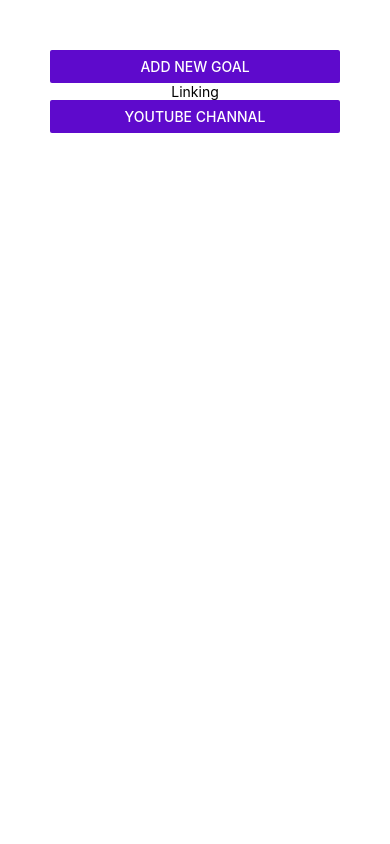
Repository: ntu34543/React-Native-Example1
Screen: /
The author's editor kept a copy of each file at every save. The screen is drawn from the files as they stood at one save, then again after a run of saves.
The app was drawn by React Native's web renderer in a window 390 px wide. The project was rebuilt for these pictures with package versions that can differ from the ones it lists, and the page was loaded fresh each time. Also part of the build but not shown: components/Goalltem.js.

Above is the screen before, as saved 2022-09-12 15:21:18.

After the next 2 saves:
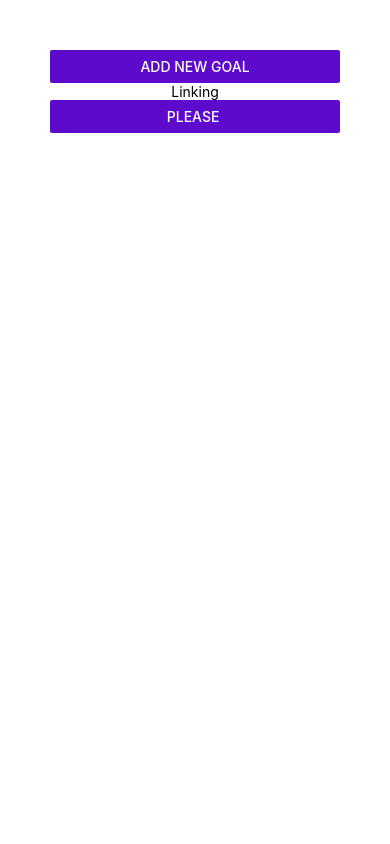
The 2 saves are shown as one change because they came seconds apart.
The last was saved 30 s later.
--- a/App.js
+++ b/App.js
@@ -48,7 +48,7 @@
         />
         <Text style={styles.textLinking}>Linking</Text>
         <Button
-          title="Youtube channal"
+          title="Please "
           color="#5e0acc"
           onPress={()=>{Linking.openURL('https://ca.slack-edge.com/T324R7VB6-U03RS7EKJHG-323b9d1b6216-512')}}
         />
